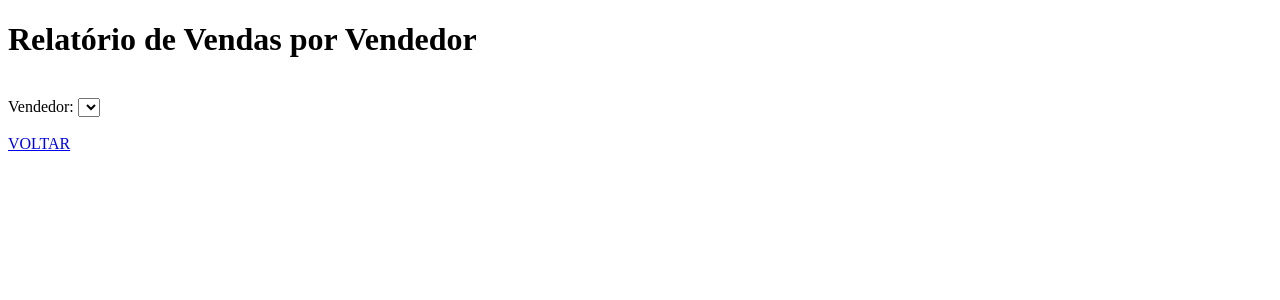
Repository: gabriellacrystina/workspaceWeb
Page: http://localhost/PrjVendas/RelatorioVendasVendedor.jsp
An editor plug-in stored every save of this project. The page is shown before and after the next save, followed by the edit.
The browser window is 1280 px wide. The pictures show the whole page.
The page is served by Tomcat 9.

Above is the page before, as saved 2015-09-23 20:22:13.

After the next save:
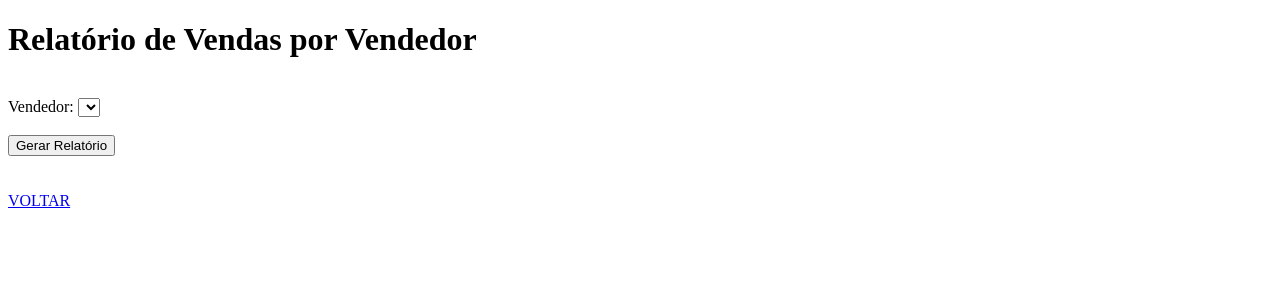
Saved 40 s later.
--- a/PrjVendas/WebContent/RelatorioVendasVendedor.jsp
+++ b/PrjVendas/WebContent/RelatorioVendasVendedor.jsp
@@ -2,7 +2,6 @@
     pageEncoding="ISO-8859-1"%>
 <%@ page import="java.util.ArrayList" %>
 <%@ page import="Modelo.Vendedor" %>
-<%@ page import="Modelo.Venda" %>
 <!DOCTYPE html PUBLIC "-//W3C//DTD HTML 4.01 Transitional//EN" "http://www.w3.org/TR/html4/loose.dtd">
 <html>
 	<head>
@@ -17,7 +16,6 @@
 			<select name="vendedor">
 			<%
 				ArrayList<Vendedor> listaVendedor = (ArrayList<Vendedor>) session.getAttribute("listaVendedor");
-				ArrayList<Venda> listaVendas = (ArrayList<Venda>) session.getAttribute("listaVendas");
 
 				if(listaVendedor != null){
 					for(int i = 0; i < listaVendedor.size(); i++){
@@ -28,7 +26,9 @@
 				}
 				%>
 			</select><br><br>
-
+			<input type="submit" name="btnSubmit" value="Gerar Relatório"><br><br><br>
+		</form>
+		<!--Fim o formulario-->
 
 		<a href="Menu.jsp">VOLTAR</a><br>
 		</form>
